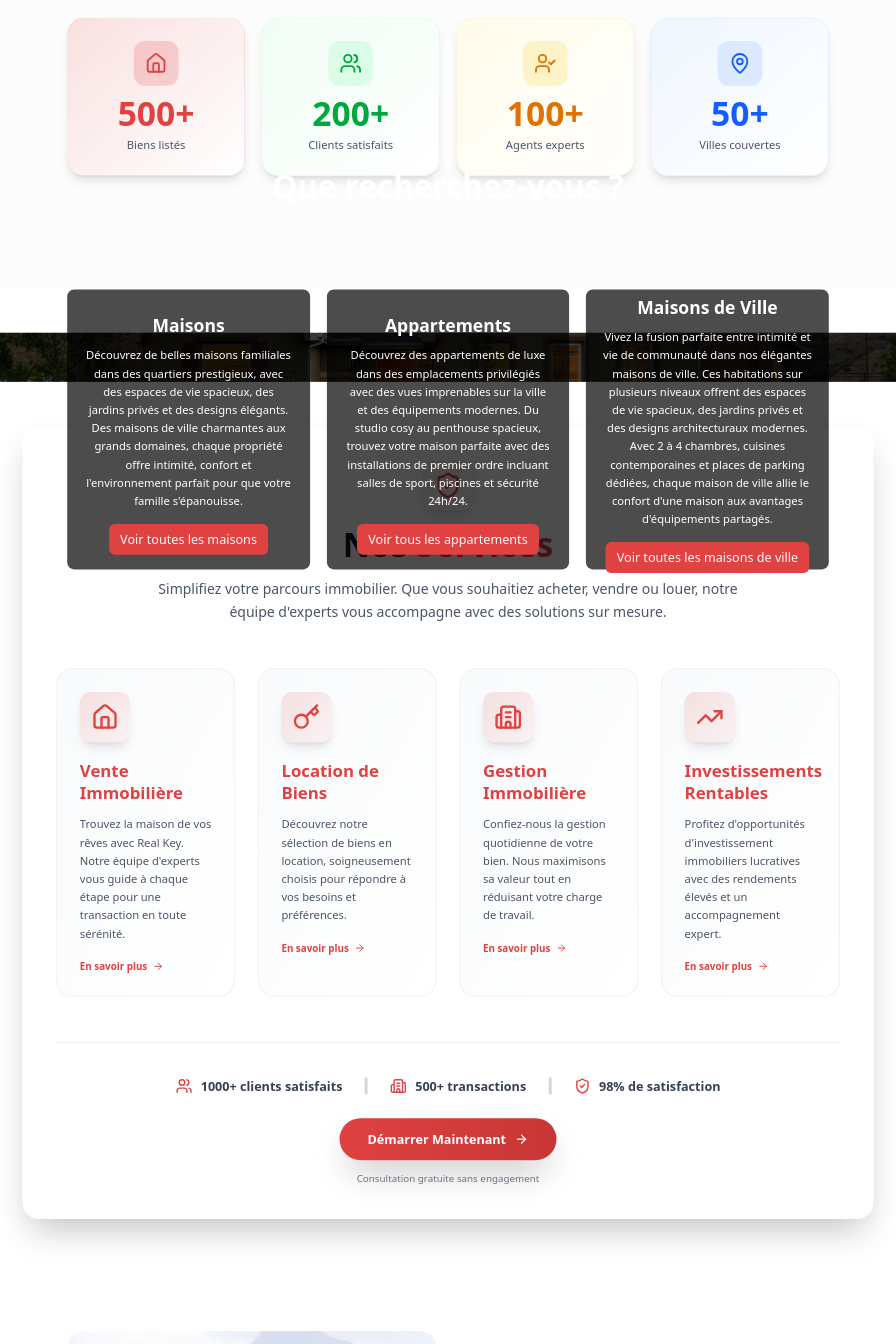
Repository: lamatmed/Real-Key
Page: /
These files come from the project's save history. The page is drawn as it stood at one moment and after the next save; the edit follows.
The browser window is 1280 px wide. The pictures show the part of the page from y = 2008 to 3928 px (the page is 4823 px tall before and 5453 px after), at 70% of full size.
The page's requests for data from a server got no answer. The project was rebuilt for these pictures with package versions that can differ from the ones it lists, and the page was loaded fresh each time. Some packages were replaced by stand-ins written for this rebuild. The framework's server and built-in components were replaced by stand-ins that run in the browser. No one was signed in, and anything a server would have sent is missing. Also part of the build but not shown: next.config.ts, app/_components/PropertyCard.tsx.

Above is the page before, as saved 2025-09-28 17:04:25.

After the next save:
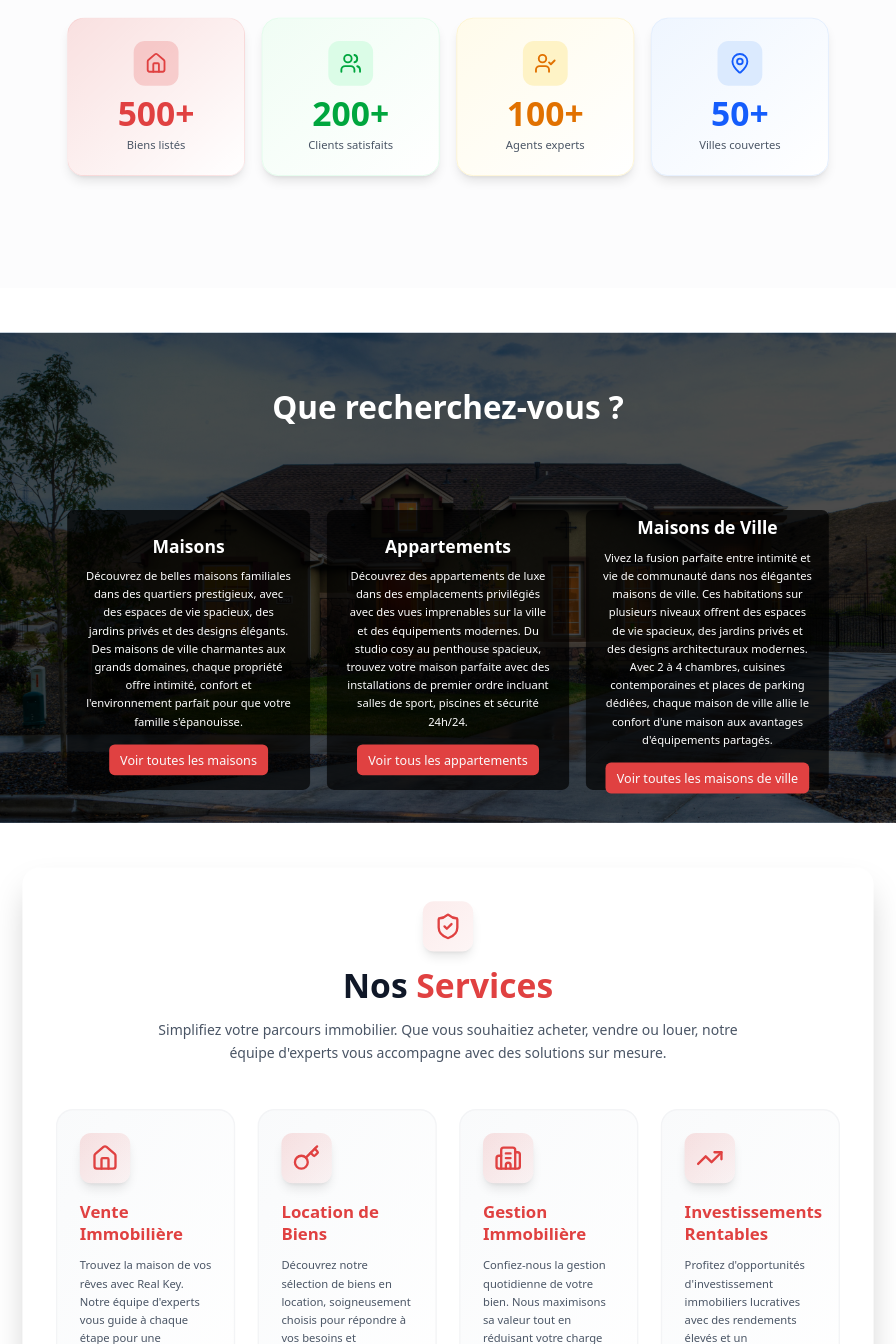
Saved 25 s later.
--- a/app/_components/WhatClientWant.tsx
+++ b/app/_components/WhatClientWant.tsx
@@ -6,7 +6,7 @@ import React from 'react'
 
 function WhatClientWant() {
   return (
-   <div className='relative lg:h-[70px] w-full'>
+   <div className='relative lg:h-[700px] w-full'>
 
         <Image
           alt='hero'
